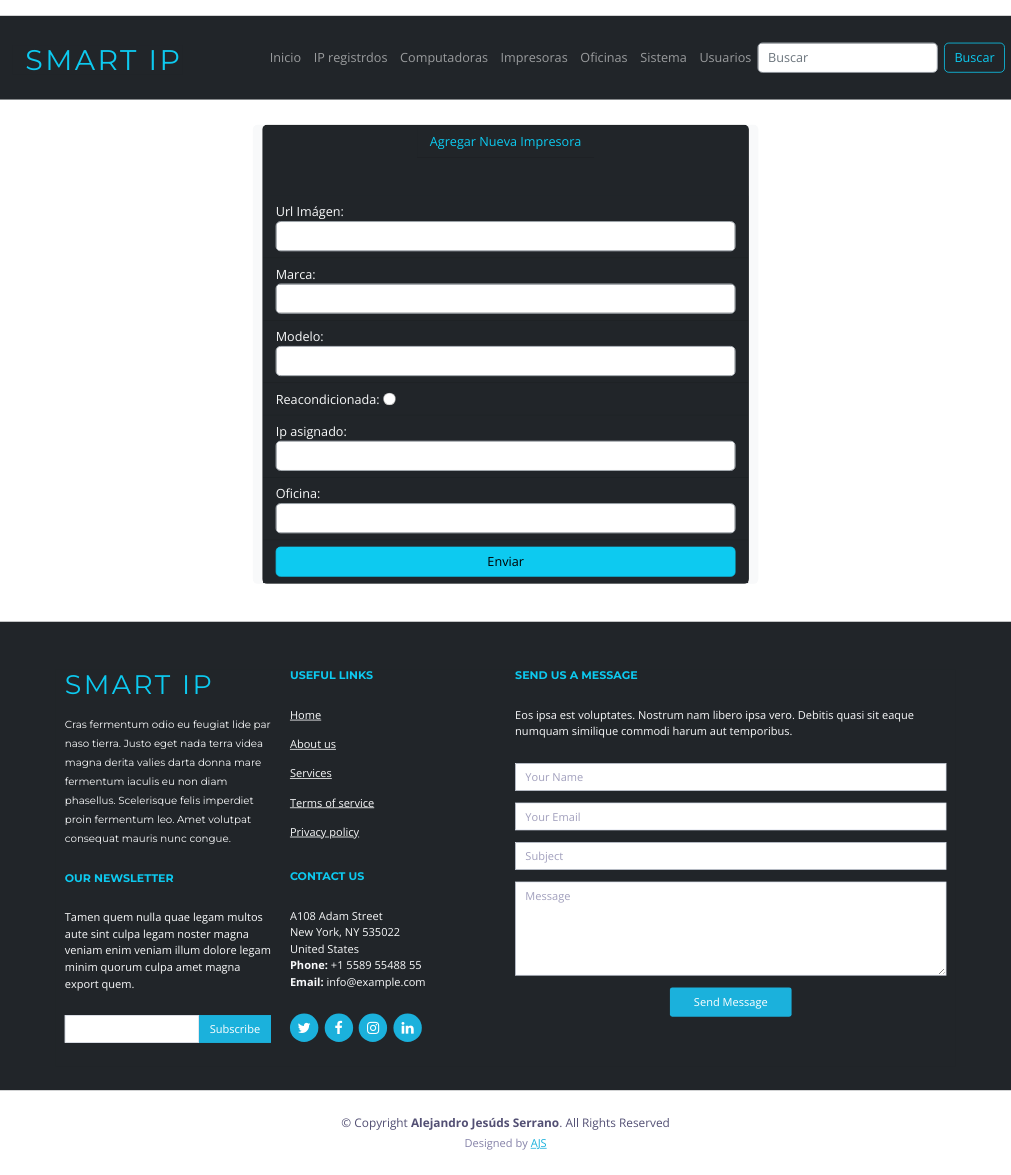
Repository: AlejandroJesusSerrano/SmartIPs
Page: smartip/smartipnav/templates/smartipnav/printer_form.html
These files come from the project's save history. The page is drawn as it stood at one moment and after the next save; the edit follows.
The browser window is 1280 px wide. The pictures show the whole page, at 79% of full size.
The page is served by the project's application, run on Django 4.2 (smartip/manage.py). The template is opened directly, without the code that normally fills it, so the values that code supplies are empty.

Above is the page before, as saved 2022-11-14 10:37:46.

After the next save:
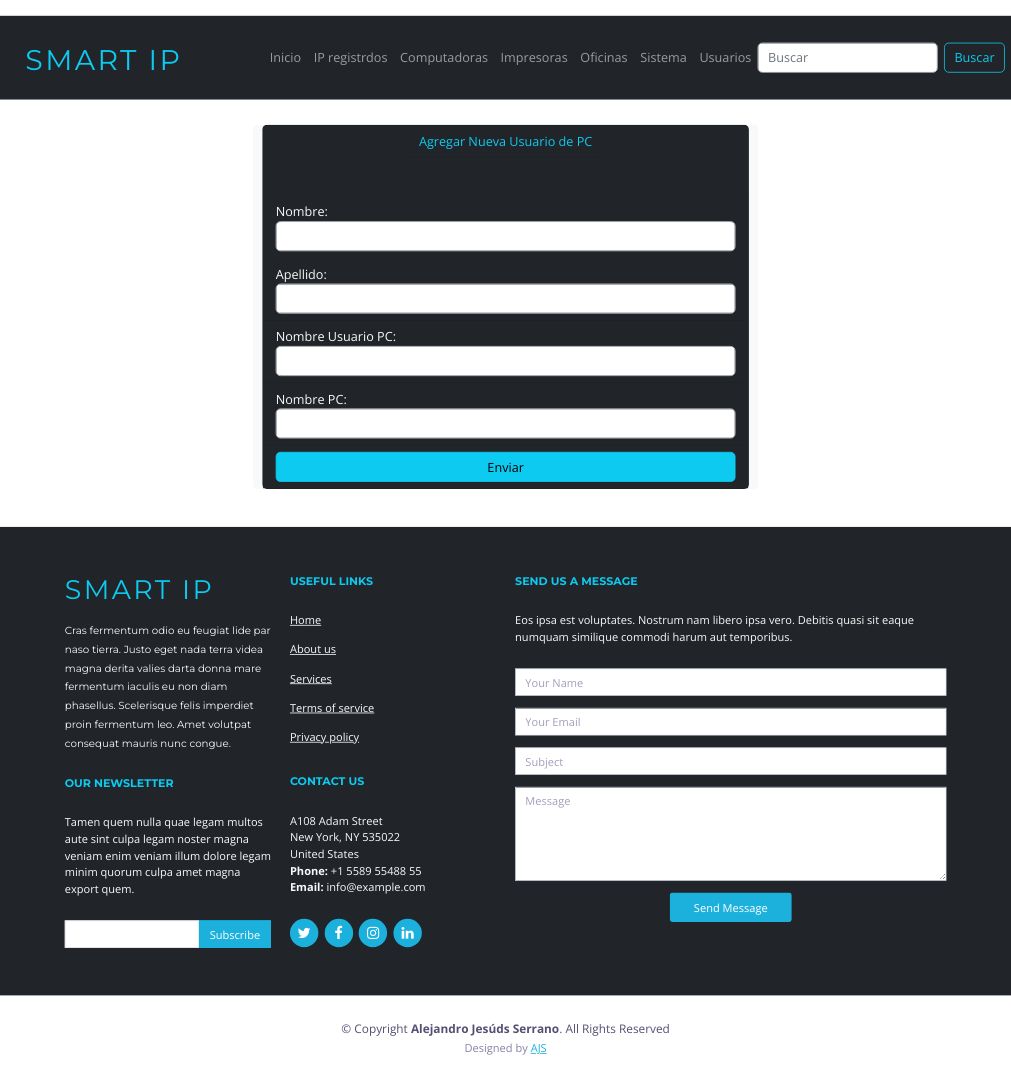
Saved 14 s later.
--- a/smartip/smartipnav/templates/smartipnav/printer_form.html
+++ b/smartip/smartipnav/templates/smartipnav/printer_form.html
@@ -5,36 +5,26 @@
     <div class="container col-lg-6 bg-light rounded">
         <div class="card mx-auto mt-5 bg-dark style="width: 20rem;">
             <div class="card-header bg-dark text-info mx-auto">
-              Agregar Nueva Impresora
+              Agregar Nueva Usuario de PC
             </div>
             <form id=printer_add_form action="" method="post" class="mt-5">
                 {% csrf_token %}
                 <ul class="list-group list-group-flush">
                     <li class="list-group-item bg-dark">
-                        <label class="form-control-label text-light" for="printer_image">Url Imágen: </label>
-                    <input class="form-control" type="url" name="printer_image" id="printer_add">
+                        <label class="form-control-label text-light" for="userpc_name">Nombre: </label>
+                    <input class="form-control" type="text" name="userpc_name" id="userpc_name">
                     </li>
                     <li class="list-group-item bg-dark">
-                        <label class="form-control-label text-light" for="printer_brand">Marca: </label>
-                        <input class="form-control" type="text" name="printer_brand" id="printer_brand">
+                        <label class="form-control-label text-light" for="userpc_lastname">Apellido: </label>
+                        <input class="form-control" type="text" name="userpc_lastname" id="userpc_lastname">
                     </li>
                     <li class="list-group-item bg-dark">
-                        <label class="form-control-label text-light" for="printer_model">Modelo: </label>
-                        <input class="form-control" type="text" name="printer_model" id="printer_model">
+                        <label class="form-control-label text-light" for="pc_login_name">Nombre Usuario PC: </label>
+                        <input class="form-control" type="text" name="pc_login_name" id="pc_login_name">
                     </li>
                     <li class="list-group-item bg-dark">
-                        <label class="form-check-label text-light" for="flexRadioDefault1">
-                            Reacondicionada:
-                        </label>
-                        <input class="form-check-input" type="radio" name="flexRadioDefault" id="flexRadioDefault1">
-                    </li>
-                    <li class="list-group-item bg-dark">
-                        <label class="form-control-label text-light" for="printer_ip">Ip asignado: </label>
-                        <input class="form-control" type="text" name="printer_ip" id="printer_ip">
-                    </li>
-                    <li class="list-group-item bg-dark">
-                        <label class="form-control-label text-light" for="printer_office">Oficina: </label>
-                        <input class="form-control" type="text" namr="printer_office" id="printer_office">
+                        <label class="form-control-label text-light" for="pc_name">Nombre PC: </label>
+                        <input class="form-control" type="text" name="pc_name" id="pc_name">
                     </li>
                     <li class="list-group-item bg-dark px-auto">
                         <button type="submit" class="btn btn-info row mx-auto w-100">Enviar</button>
